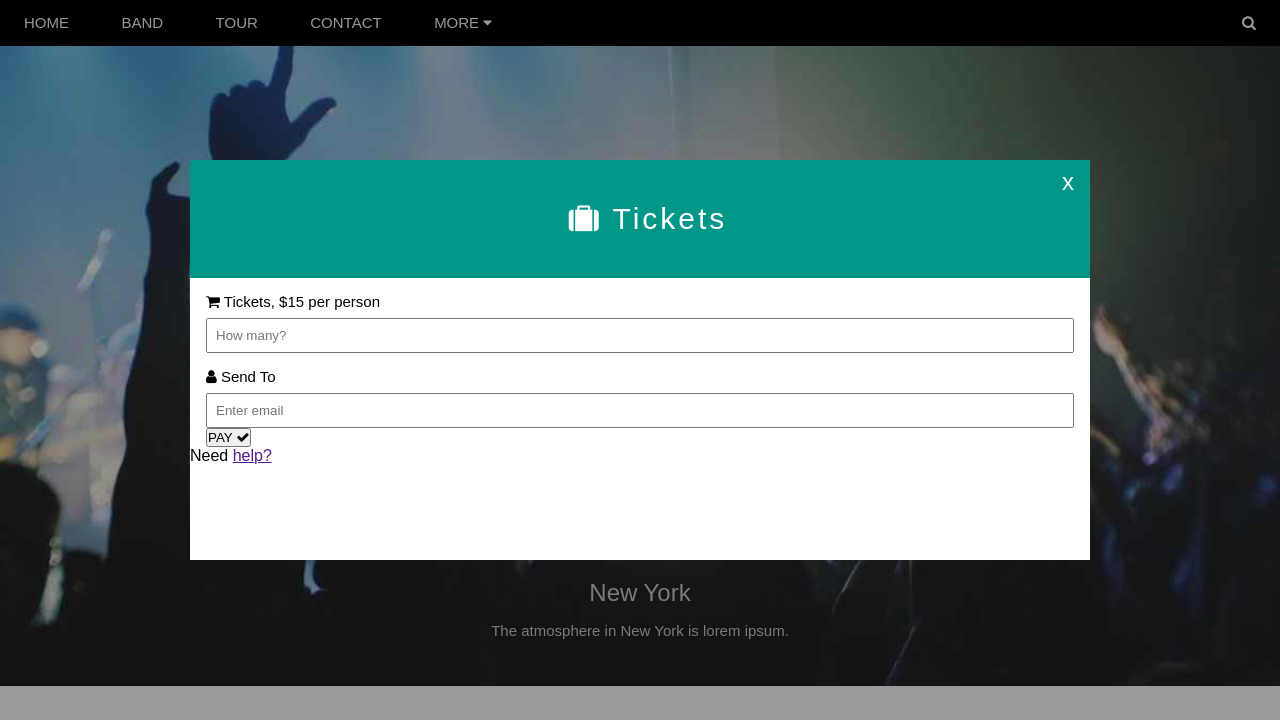
Repository: nguyenhoang2002062929/band
Page: index.html
These files come from the project's save history. The page is drawn as it stood at one moment and after the next save; the edit follows.
The browser window is 1280 px wide. The pictures show the window.
A layer covers the whole window, so only the first screen is drawn.

Above is the page before, as saved 2023-06-06 10:51:09.

After the next save:
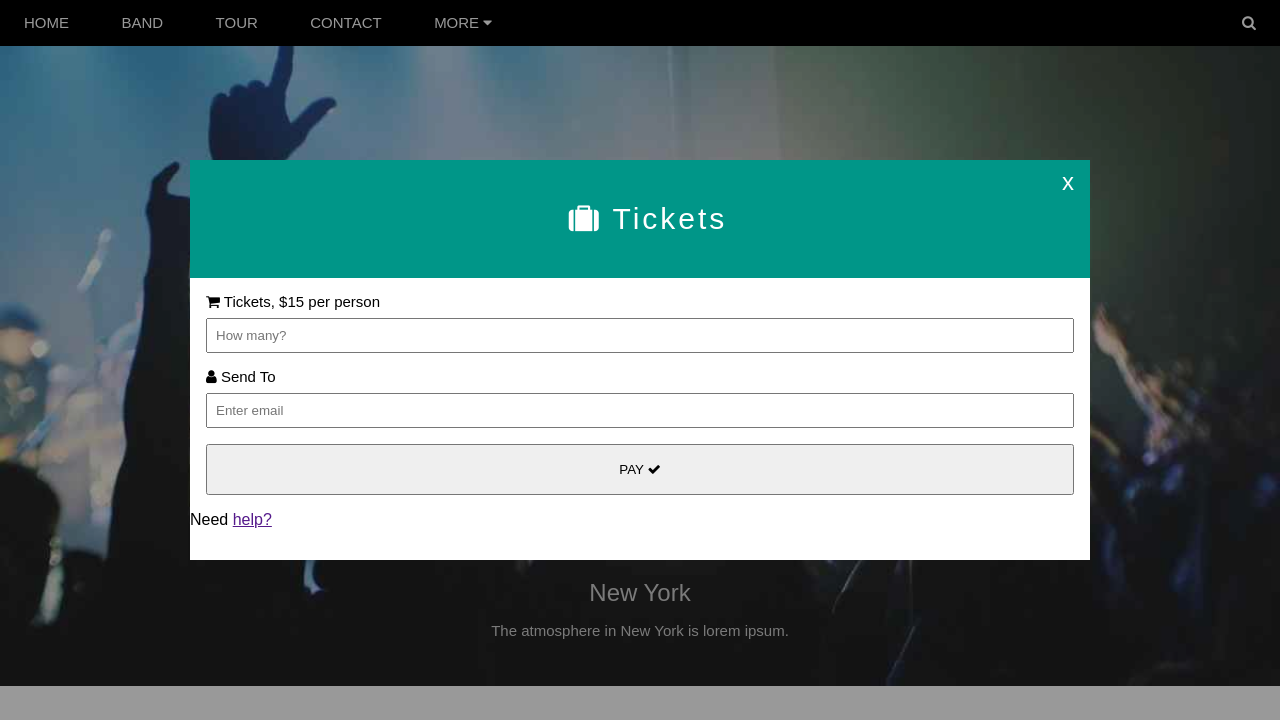
Saved 66 s later.
--- a/assets/css/style.css
+++ b/assets/css/style.css
@@ -291,4 +291,7 @@ cursor: pointer;
 }
 .modal button{
     display: block;
-}
+    width: 100%;
+    padding: 16px;
+    margin: 16px 0;
+}
